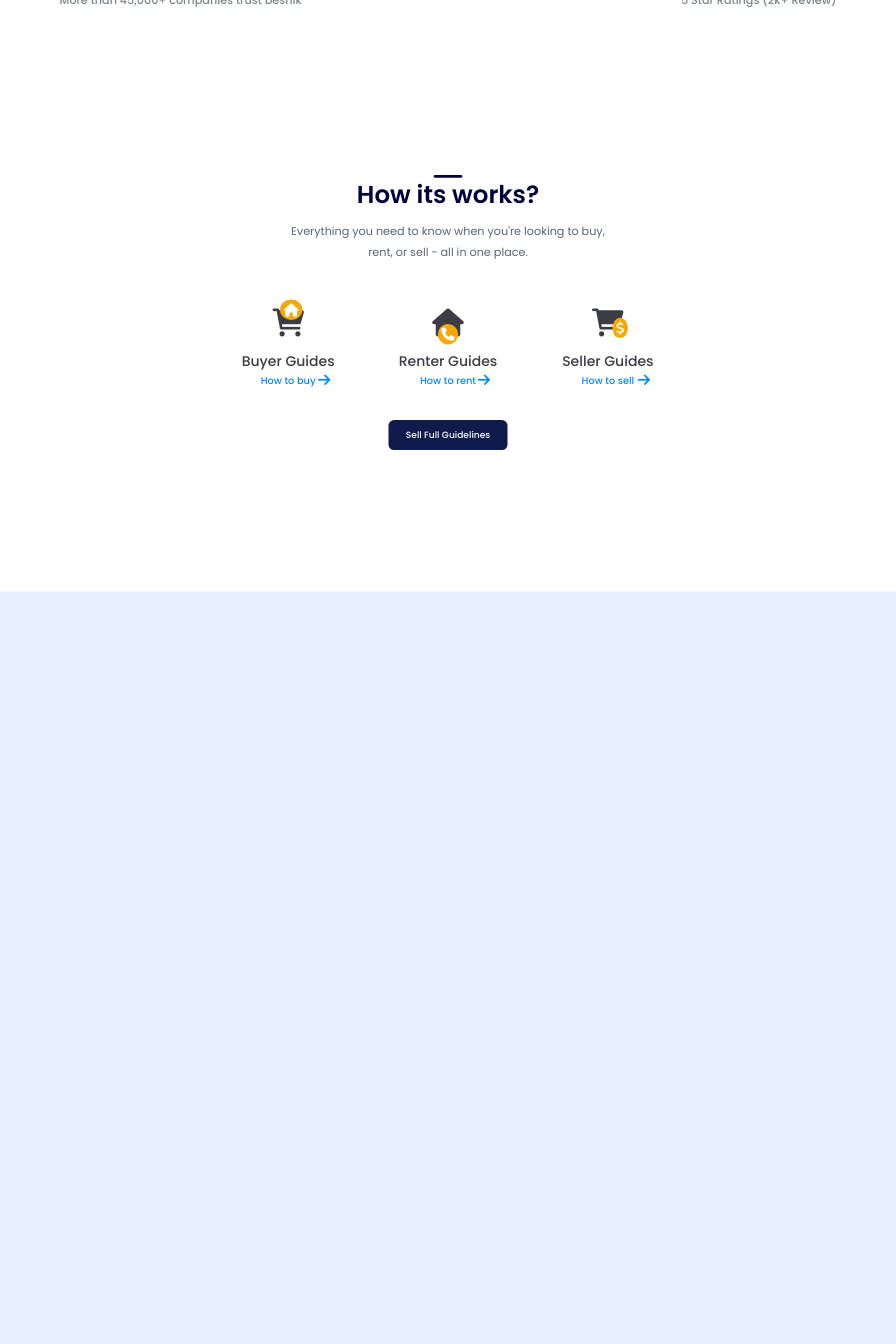
Repository: kauittt/f8-htmlcss-01
Page: index.html
The author's editor kept a copy of each file at every save. The page is drawn from the files as they stood at one save, then again after the next save.
The browser window is 1280 px wide. The pictures show the part of the page from y = 910 to 2830 px (the page is 3771 px tall before and 2911 px after), at 70% of full size.

Above is the page before, as saved 2023-01-01 10:12:24.

After the next save:
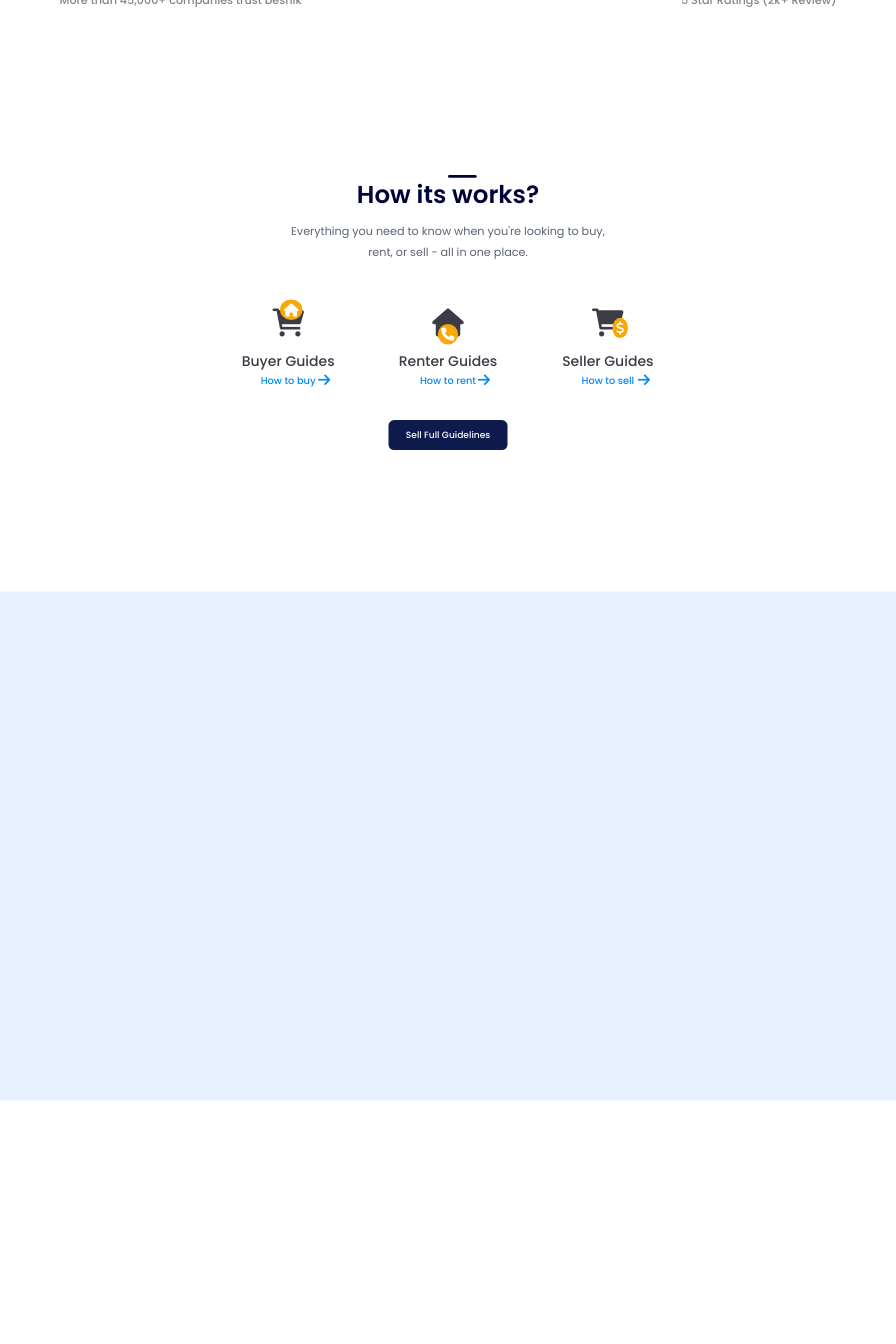
Saved 33 s later.
--- a/assets/css/styles.css
+++ b/assets/css/styles.css
@@ -181,7 +181,7 @@ body {
 
     left: 50%;
     top: -1rem;
-    transform: translateX(-50%);
+    transform: t ranslateX(-50%);
     border-radius: 8px;
 }
 
@@ -268,7 +268,7 @@ body {
 
 /*! FEATURE */
 #feature {
-    height: 158.7rem;
+    height: 72.7rem;
 }
 
 /*! NEWS */
